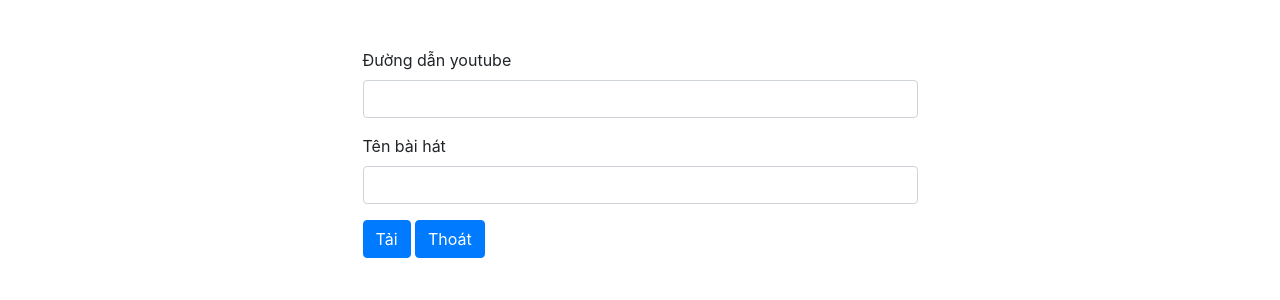
Repository: phamvuhung2710/sound-express
Page: http://localhost/download
These files come from the project's save history. The page is drawn as it stood at one moment and after the next save; the edit follows.
The browser window is 1280 px wide. The pictures show the whole page.
The page is served by the project's Node server (server.js).

Above is the page before, as saved 2022-08-04 22:23:19.

### views/download.ejs
<!DOCTYPE html>
<html lang="en">
  <head>
    <meta charset="UTF-8" />
    <meta http-equiv="X-UA-Compatible" content="IE=edge" />
    <meta name="viewport" content="width=device-width, initial-scale=1.0" />
    <title>LongK</title>
    <link
      rel="stylesheet"
      href="https://cdn.jsdelivr.net/npm/bootstrap@4.3.1/dist/css/bootstrap.min.css"
      integrity="sha384-ggOyR0iXCbMQv3Xipma34MD+dH/1fQ784/j6cY/iJTQUOhcWr7x9JvoRxT2MZw1T"
      crossorigin="anonymous"
    />
  </head>
  <body>
    <div class="container">
      <form
        method="post"
        action="/download"
        class="mt-5 mx-auto"
        style="width: 50%"
      >
        <div class="form-group">
          <label for="pathMusic">Đường dẫn youtube</label>
          <input
            type="text"
            class="form-control"
            id="pathMusic"
            name="pathMusic"
          />
        </div>
        <div class="form-group">
          <label for="nameMusic">Tên bài hát</label>
          <input
            type="text"
            class="form-control"
            id="nameMusic"
            name="nameMusic"
          />
        </div>
        <button type="submit" class="btn btn-primary">Tải</button>
        <a href="/" class="btn btn-primary">Thoát</a>
      </form>
    </div>

    <script
      src="https://code.jquery.com/jquery-3.3.1.slim.min.js"
      integrity="sha384-q8i/X+965DzO0rT7abK41JStQIAqVgRVzpbzo5smXKp4YfRvH+8abtTE1Pi6jizo"
      crossorigin="anonymous"
    ></script>
    <script
      src="https://cdn.jsdelivr.net/npm/popper.js@1.14.7/dist/umd/popper.min.js"
      integrity="sha384-UO2eT0CpHqdSJQ6hJty5KVphtPhzWj9WO1clHTMGa3JDZwrnQq4sF86dIHNDz0W1"
      crossorigin="anonymous"
    ></script>
    <script
      src="https://cdn.jsdelivr.net/npm/bootstrap@4.3.1/dist/js/bootstrap.min.js"
      integrity="sha384-JjSmVgyd0p3pXB1rRibZUAYoIIy6OrQ6VrjIEaFf/nJGzIxFDsf4x0xIM+B07jRM"
      crossorigin="anonymous"
    ></script>
  </body>
</html>

### server.js
const express = require('express')
const util = require('util')
const app = express()
var bodyParser = require('body-parser')
const YoutubeMp3Downloader = require('youtube-mp3-downloader')

const path = require('path')
const fs = require('fs')
const readdir = util.promisify(fs.readdir)

const directoryPath = path.join(__dirname, 'public')

// parse application/x-www-form-urlencoded
app.use(bodyParser.urlencoded({ extended: false }))

// parse application/json
app.use(bodyParser.json())
app.use(express.json())

app.set('view engine', 'ejs')
app.use(express.static('public'))

app.get('/', async (req, res) => {
  const listMusic = await readdir(directoryPath)
  res.render('index', { listMusic })
})

app.post('/', (req, res) => {
  res.send('OK')
})

app.get('/download', (req, res) => {
  res.render('download')
})

app.post('/delete', (req, res) => {
  fs.unlink(`./public/${req.body.name}`, (err) => {
    if (err) throw err //handle your error the way you want to;
    console.log('path/file.txt was deleted') //or else the file will be deleted
  })
  res.send('Xoá thành công')
})

app.post('/download/', (req, res) => {
  let { pathMusic, nameMusic } = req.body
  pathMusic = pathMusic.replace('https://www.youtube.com/watch?v=', '').trim()
  nameMusic = nameMusic.toLowerCase()
  nameMusic = removeVietnameseTones(nameMusic)
  nameMusic = nameMusic.replace(' ', '-').trim()
  console.log('pathMusic: ', pathMusic)
  console.log('nameMusic: ', nameMusic)
  // var YD = new YoutubeMp3Downloader({
  //   ffmpegPath: './ffmpeg/bin/ffmpeg.exe', // FFmpeg binary location
  //   outputPath: './public', // Output file location (default: the home directory)
  //   youtubeVideoQuality: 'highestaudio', // Desired video quality (default: highestaudio)
  //   queueParallelism: 2, // Download parallelism (default: 1)
  //   progressTimeout: 2000, // Interval in ms for the progress reports (default: 1000)
  //   allowWebm: false // Enable download from WebM sources (default: false)
  // })

  // //Download video and save as MP3 file
  // YD.download('lXx-kdlxL48', '2.mp3')

  // YD.on('finished', function (err, data) {
  //   res.send('Thành công')
  // })

  // YD.on('error', function (error) {
  //   console.log('error: ', error)
  // })

  // YD.on('progress', function (progress) {
  //   console.log(JSON.stringify(progress))
  // })
})

app.listen(3000, () => {
  console.log(`Server started running`)
})

function removeVietnameseTones(str) {
  str = str.replace(/à|á|ạ|ả|ã|â|ầ|ấ|ậ|ẩ|ẫ|ă|ằ|ắ|ặ|ẳ|ẵ/g, 'a')
  str = str.replace(/è|é|ẹ|ẻ|ẽ|ê|ề|ế|ệ|ể|ễ/g, 'e')
  str = str.replace(/ì|í|ị|ỉ|ĩ/g, 'i')
  str = str.replace(/ò|ó|ọ|ỏ|õ|ô|ồ|ố|ộ|ổ|ỗ|ơ|ờ|ớ|ợ|ở|ỡ/g, 'o')
  str = str.replace(/ù|ú|ụ|ủ|ũ|ư|ừ|ứ|ự|ử|ữ/g, 'u')
  str = str.replace(/ỳ|ý|ỵ|ỷ|ỹ/g, 'y')
  str = str.replace(/đ/g, 'd')
  str = str.replace(/À|Á|Ạ|Ả|Ã|Â|Ầ|Ấ|Ậ|Ẩ|Ẫ|Ă|Ằ|Ắ|Ặ|Ẳ|Ẵ/g, 'A')
  str = str.replace(/È|É|Ẹ|Ẻ|Ẽ|Ê|Ề|Ế|Ệ|Ể|Ễ/g, 'E')
  str = str.replace(/Ì|Í|Ị|Ỉ|Ĩ/g, 'I')
  str = str.replace(/Ò|Ó|Ọ|Ỏ|Õ|Ô|Ồ|Ố|Ộ|Ổ|Ỗ|Ơ|Ờ|Ớ|Ợ|Ở|Ỡ/g, 'O')
  str = str.replace(/Ù|Ú|Ụ|Ủ|Ũ|Ư|Ừ|Ứ|Ự|Ử|Ữ/g, 'U')
  str = str.replace(/Ỳ|Ý|Ỵ|Ỷ|Ỹ/g, 'Y')
  str = str.replace(/Đ/g, 'D')
  // Some system encode vietnamese combining accent as individual utf-8 characters
  // Một vài bộ encode coi các dấu mũ, dấu chữ như một kí tự riêng biệt nên thêm hai dòng này
  str = str.replace(/\u0300|\u0301|\u0303|\u0309|\u0323/g, '') // ̀ ́ ̃ ̉ ̣  huyền, sắc, ngã, hỏi, nặng
  str = str.replace(/\u02C6|\u0306|\u031B/g, '') // ˆ ̆ ̛  Â, Ê, Ă, Ơ, Ư
  // Remove extra spaces
  // Bỏ các khoảng trắng liền nhau
  str = str.replace(/ + /g, ' ')
  str = str.trim()
  // Remove punctuations
  // Bỏ dấu câu, kí tự đặc biệt
  str = str.replace(
    /!|@|%|\^|\*|\(|\)|\+|\=|\<|\>|\?|\/|,|\.|\:|\;|\'|\"|\&|\#|\[|\]|~|\$|_|`|-|{|}|\||\\/g,
    ' '
  )
  return str
}

After the next save:
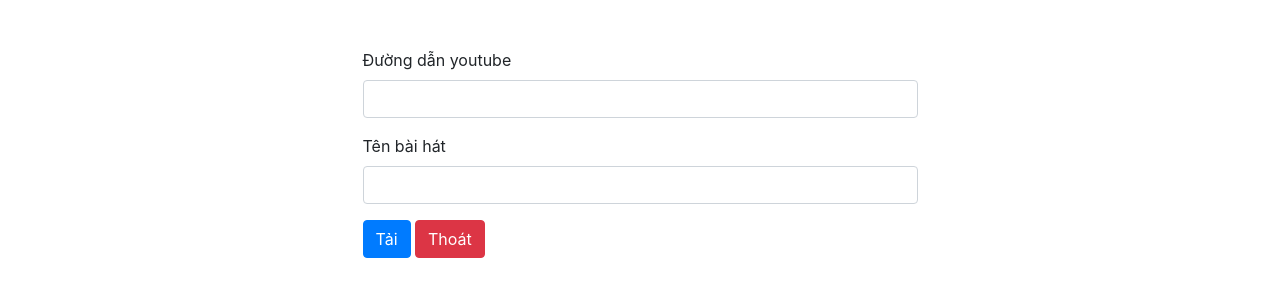
Saved 5 s later.
--- a/views/download.ejs
+++ b/views/download.ejs
@@ -39,7 +39,7 @@
           />
         </div>
         <button type="submit" class="btn btn-primary">Tải</button>
-        <a href="/" class="btn btn-primary">Thoát</a>
+        <a href="/" class="btn btn-danger">Thoát</a>
       </form>
     </div>
 
